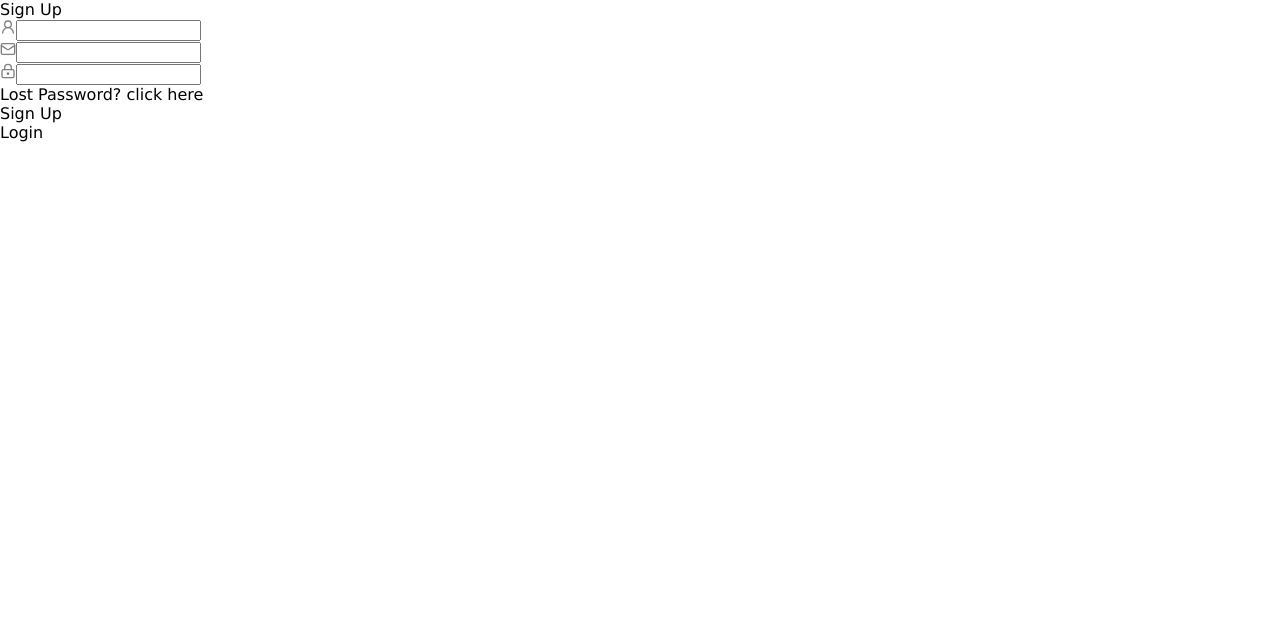
Repository: guilhermecardoso93/login-page
Page: /
The author's editor kept a copy of each file at every save. The page is drawn from the files as they stood at one save, then again after the next save.
The browser window is 1280 px wide. The pictures show the whole page.
The project was rebuilt for these pictures with package versions that can differ from the ones it lists, and the page was loaded fresh each time. Also part of the build but not shown: vite.config.js, src/components/Login/Login.css.

Above is the page before, as saved 2024-10-22 19:15:50.

After the next save:
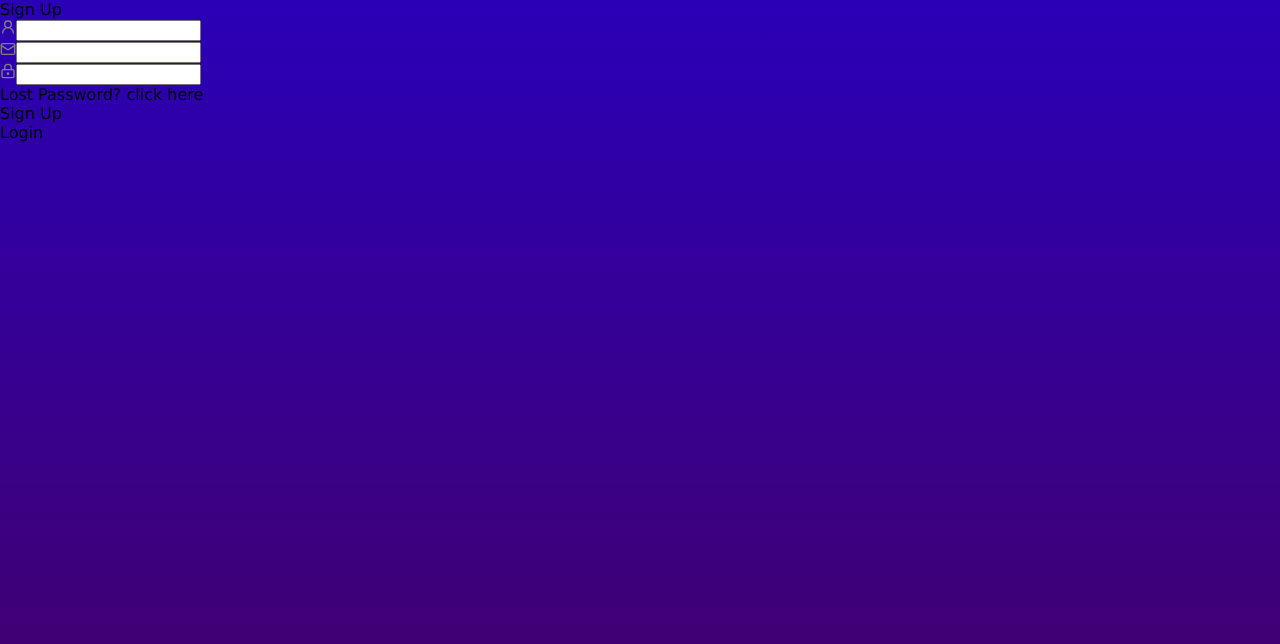
Saved 29 s later.
--- a/src/index.css
+++ b/src/index.css
@@ -4,7 +4,7 @@ body {
   -webkit-font-smoothing: antialiased;
   -moz-osx-font-smoothing: grayscale;
   height: 100vh;
-  background-color: linear-gradient(#2A00B7, #42006c);
+  background: linear-gradient(#2A00B7, #42006c);
 }
 
 code {
